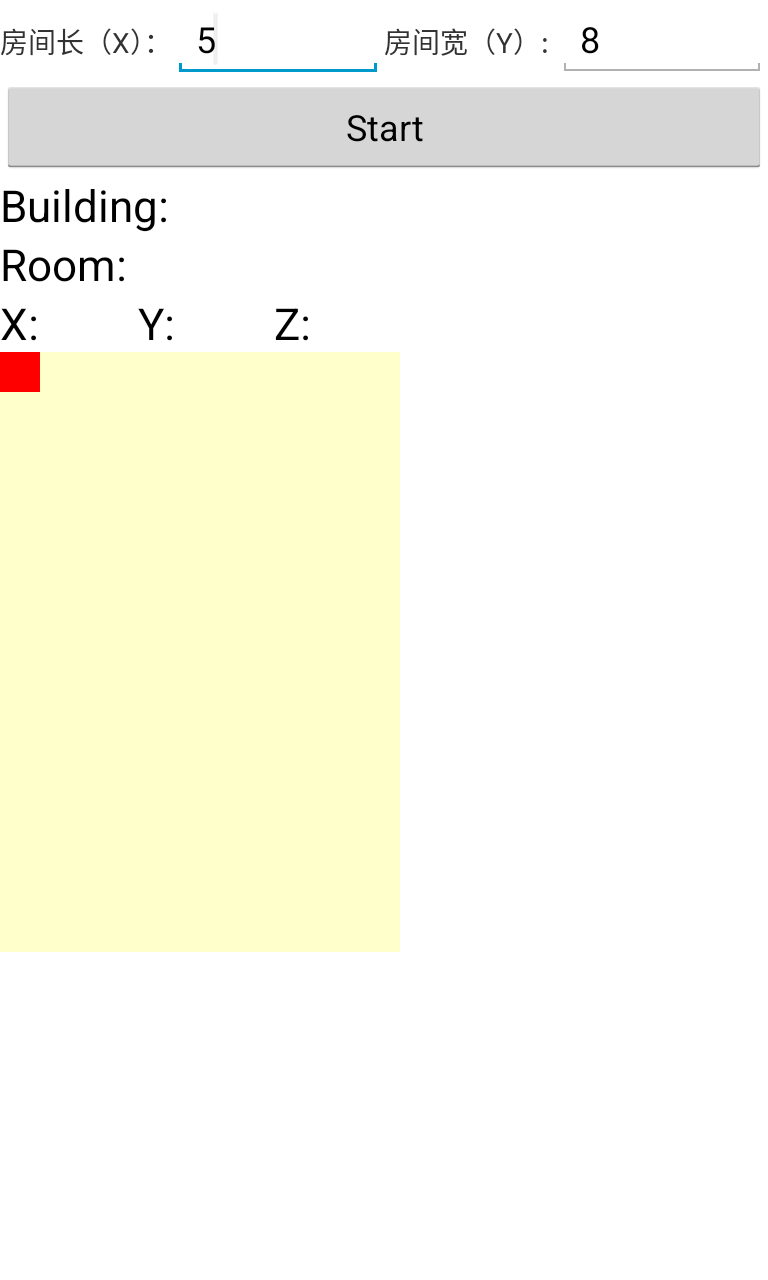
Repository: RenchuSong/tMap_Android
Layout: tmap_model_tool/res/layout/locating.xml
An editor plug-in stored every save of this project. The layout is shown before and after the next save, followed by the edit.
It is drawn on a 768 x 1280 px phone screen (xhdpi) without system bars, with theme AppTheme; the app's code is not run.

Above is the layout before, as saved 2014-05-12 00:43:44.

After the next save:
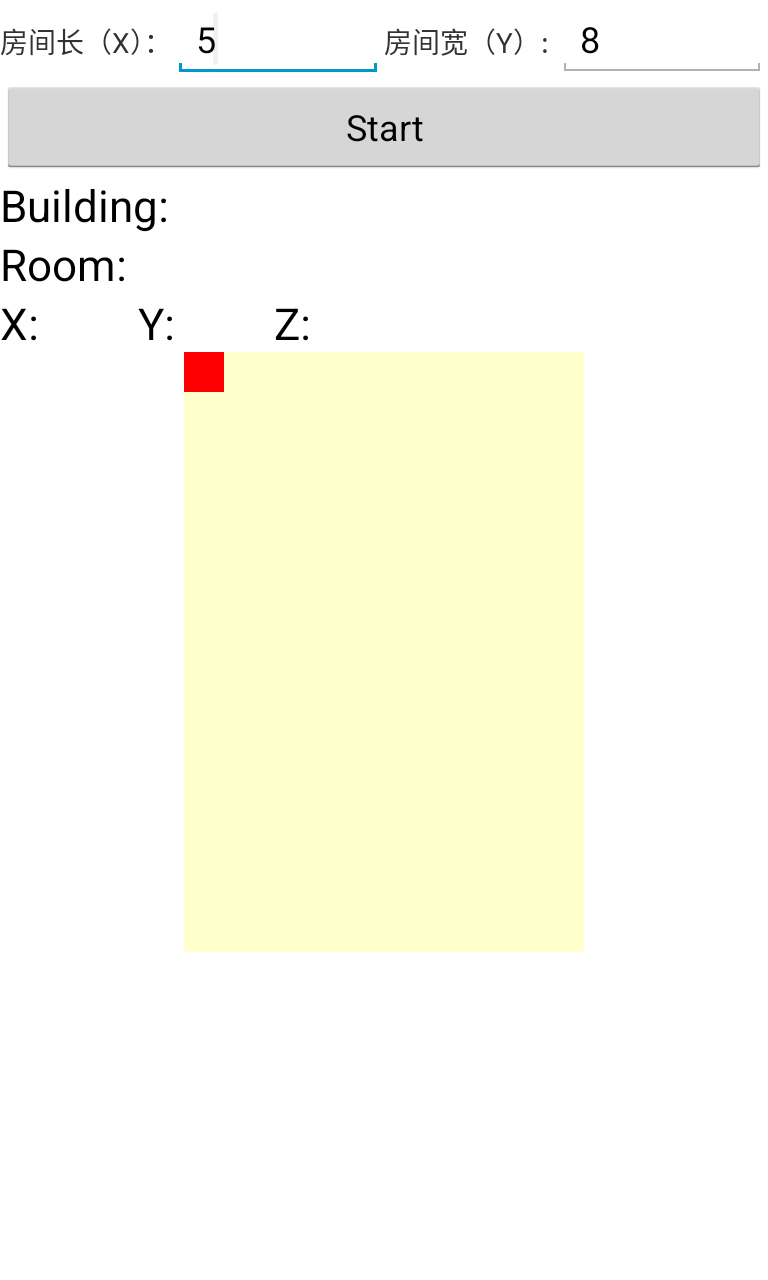
Saved 31 s later.
--- a/tmap_model_tool/res/layout/locating.xml
+++ b/tmap_model_tool/res/layout/locating.xml
@@ -71,6 +71,7 @@
     <RelativeLayout
         android:layout_width="200dp"
         android:layout_height="300dp"
+        android:layout_gravity="1"
         android:background="#ffffcc" >
 
         <Button
